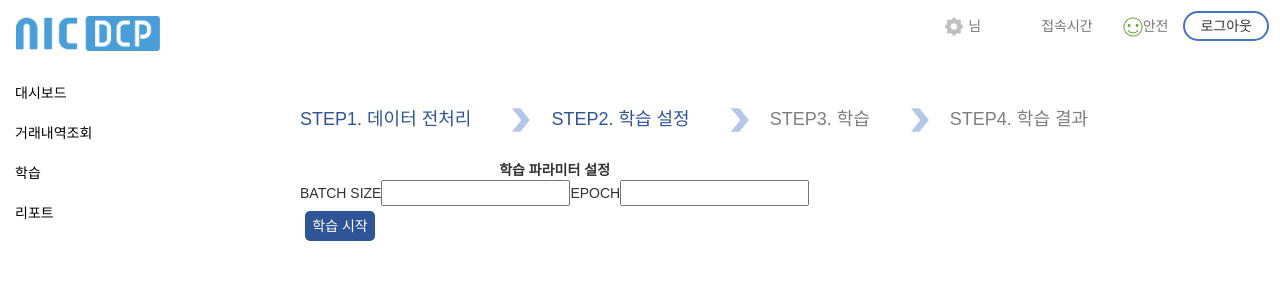
Repository: zzyeah0/project01
Page: http://localhost/nicdcp_frontend/step2.jsp
An editor plug-in stored every save of this project. The page is shown before and after the next save, followed by the edit.
The browser window is 1280 px wide. The pictures show the whole page.
Some web fonts or font styles are not loaded; a fallback is used. The page is served by Tomcat 9. Other server files are loaded and not shown. The template is opened directly, without the code that normally fills it, so the values that code supplies are empty.

Above is the page before, as saved 2021-05-25 02:40:21.

### nicdcp_frontend/src/main/webapp/step2.jsp
<%@ page language="java" contentType="text/html; charset=UTF-8"
    pageEncoding="UTF-8"%>
<!DOCTYPE html>
<html>
<head>
<meta charset="UTF-8">
<meta name="viewport" content="width=device-width", initial-scale="1">
<link rel="stylesheet" href="css/bootstrap.css">
<link rel="stylesheet" href="css/nicdcp.css">
<title>NICDCP</title>
</head>
<body>
	<jsp:include page="/header.jsp" />
	<div class="pages">
		<form action="<%=request.getContextPath() %>/step2.do" method="post">
			<table>
				<tr>
					<td><h4 class="text-blue">STEP1. 데이터 전처리</h4></td>
					<td><img src="./image/next.png" class="next-img" alt="" /></td>
					<td><h4 class="text-blue">STEP2. 학습 설정</h4></td>
					<td><img src="./image/next.png" class="next-img" alt="" /></td>
					<td><h4 class="text-grey">STEP3. 학습</h4></td>
					<td><img src="./image/next.png" class="next-img" alt="" /></td>
					<td><h4 class="text-grey">STEP4. 학습 결과</h4></td>
				</tr>
				<tr>
				<td><br /></td>
				</tr>
			</table>
			<table>
				<tr>
					<th colspan="4">학습 파라미터 설정</th>
				</tr>
				<tr>
					<td>BATCH SIZE</td>
					<td><input type="text" name="batchsize"/></td>
					<td>EPOCH</td>
					<td><input type="text" name="epoch" /></td>
				</tr>
			</table>
			<input type="submit" value="학습 시작" class="btn blue"/>
		</form>
	</div>
</body>
</html>

### nicdcp_frontend/src/main/webapp/header.jsp
<%@ page language="java" contentType="text/html; charset=UTF-8"
    pageEncoding="UTF-8"%>
<!DOCTYPE html>
<html>
<head>
<meta charset="UTF-8">
<meta name="viewport" content="width=device-width", initial-scale="1">
<link rel="stylesheet" href="css/bootstrap.css">
<link rel="stylesheet" href="css/nicdcp.css">
<title>Insert title here</title>
<script
  src="https://code.jquery.com/jquery-3.6.0.min.js"
  integrity="sha256-/xUj+3OJU5yExlq6GSYGSHk7tPXikynS7ogEvDej/m4="
  crossorigin="anonymous"></script>
</head>
<body>
	<nav class="navbar navbar-default">
		<div class="navbar-header">
			<button type="button" class="navbar-toggle collapsed" data-toggle="collapse" data-targe="#bs-example-navbar-collapse-1"	aria-expanded="false">
				<span class="icon-bar"></span>
				<span class="icon-bar"></span>
				<span class="icon-bar"></span>
			</button>
			<a class="navbar-brand" href="<%=request.getContextPath() %>/dashboard.do"><img class="logo" src="./image/NIC-DCP.png"/></a>
		</div>
		<div class="collapse navbar-collapse" id="bs-example-navbar-collapse-1">
			<ul class="nav navbar-nav navbar-right">
				<li><a href="password.jsp"><img src="./image/config.png" id="config-img" alt="" /> ${emp_name}님</a></li>
				<li><a>${emp_ip}</a></li>
				<li><a>접속시간</a></li>
				<li><a><img src="./image/safe.png" class="invasion-monitoring-img" alt="" />안전</a></li>
				<li><button id="logout-btn" onclick="location.href='logout.do'">로그아웃</button></li>
			</ul>
		</div>
	</nav>
	<div class="vertical-nav">
		<ul class="nav navbar-left">
			<li><a href="<%=request.getContextPath() %>/dashboard.do">대시보드</a></li>
			<li><a href="<%=request.getContextPath() %>/transaction.do">거래내역조회</a></li>
			<li><a href="<%=request.getContextPath() %>/learningList.do">학습</a></li>
			<li><a href="<%=request.getContextPath() %>/report.do">리포트</a></li>
		</ul>
	</div>
</body>
</html>

### nicdcp_frontend/src/main/webapp/css/nicdcp.css
@font-face {
	font-family: 'Noto Sans KR';
	font-style: normal;
	font-weight: 100;
	src: url(//fonts.gstatic.com/ea/notosanskr/v2/NotoSansKR-Thin.woff2) format('woff2'),url(//fonts.gstatic.com/ea/notosanskr/v2/NotoSansKR-Thin.woff) format('woff'),url(//fonts.gstatic.com/ea/notosanskr/v2/NotoSansKR-Thin.otf) format('opentype');
	}
@font-face {
	font-family: 'Noto Sans KR';
	font-style: normal;
	font-weight: 300;
	src: url(//fonts.gstatic.com/ea/notosanskr/v2/NotoSansKR-Light.woff2) format('woff2'),url(//fonts.gstatic.com/ea/notosanskr/v2/NotoSansKR-Light.woff) format('woff'),url(//fonts.gstatic.com/ea/notosanskr/v2/NotoSansKR-Light.otf) format('opentype');
	}
	@font-face {
	font-family: 'Noto Sans KR';
	font-style: normal;
	font-weight: 400;
	src: url(//fonts.gstatic.com/ea/notosanskr/v2/NotoSansKR-Regular.woff2) format('woff2'),url(//fonts.gstatic.com/ea/notosanskr/v2/NotoSansKR-Regular.woff) format('woff'),url(//fonts.gstatic.com/ea/notosanskr/v2/NotoSansKR-Regular.otf) format('opentype');
	}
	@font-face {
	font-family: 'Noto Sans KR';
	font-style: normal;
	font-weight: 500;
	src: url(//fonts.gstatic.com/ea/notosanskr/v2/NotoSansKR-Medium.woff2) format('woff2'),url(//fonts.gstatic.com/ea/notosanskr/v2/NotoSansKR-Medium.woff) format('woff'),url(//fonts.gstatic.com/ea/notosanskr/v2/NotoSansKR-Medium.otf) format('opentype');
	}
	@font-face {
	font-family: 'Noto Sans KR';
	font-style: normal;
	font-weight: 700;
	src: url(//fonts.gstatic.com/ea/notosanskr/v2/NotoSansKR-Bold.woff2) format('woff2'),url(//fonts.gstatic.com/ea/notosanskr/v2/NotoSansKR-Bold.woff) format('woff'),url(//fonts.gstatic.com/ea/notosanskr/v2/NotoSansKR-Bold.otf) format('opentype');
	}
	@font-face {
	font-family: 'Noto Sans KR';
	font-style: normal;
	font-weight: 900;
	src: url(//fonts.gstatic.com/ea/notosanskr/v2/NotoSansKR-Black.woff2) format('woff2'),url(//fonts.gstatic.com/ea/notosanskr/v2/NotoSansKR-Black.woff) format('woff'),url(//fonts.gstatic.com/ea/notosanskr/v2/NotoSansKR-Black.otf) format('opentype');
	}
	body, h1, h2, h3, h4, h5, h6, input, textarea, select {
	font-family: 'Noto Sans KR', sans-serif;
	}



/* 버튼 길이 */
.btn-long {
	width: 230px;
	height: 40px;
}

.container {
	width: 100%;
	height: 100vh;
	display: flex;
}

.loginBox{
	margin:auto;
	text-align: center;
}

#lostPwdTb {
	margin-top: -60%;
	width: 400px;
}

.loginLogo {
	max-width: 400px;
	min-width: 100px;
	padding-bottom: 100px;
	margin-top: -100px;
}

.step-bar {
	width: 29%;
	height: 5px;
	float: left;
	margin-left: 5px;
	border: none;
	margin-bottom: 40px;
}

.loginBox table {
	margin:auto;
}

.loginImg {
	width: 30px;
	margin: 2px;
}

.loginInput {
	background-color: #DAE3F3;
	border: 0px;
	width: 200px;
	height: 30px;
	padding: 5px;
	border-radius: 3px;
}

.title{
	font-size: 20px;
	font-weight: bold;
	text-align: left;
}

.vertical-nav{
	float:left;
	width: 200px;
	height: 100%;
}

.pages {
	position: absolute;
	left: 300px;
	top: 100px;
}

#performance {
	width: 200px;
	margin-bottom: 30px;
}

th{
	text-align: center;
}

.regi th{
	padding: 10px 10px;
}

.logo {
	height: 35px;
}

#config-img{
	width: 20px;
}

.invasion-monitoring-img{
	width: 20px;
}

#logout-btn {
	border-radius: 15px;
	border: 2px solid #4472C4;
	padding: 3px 15px;
	margin-top: 10px;
	margin-right: 10px;
	background-color: white;
}

.box{
	position: relative;
	margin: 10px;
	padding: 10px;
	background-color: #E2F0D9;
	border-radius: 10px;
}

.short {
	width: 180px;
	height: 100px;
}

.long {
	width: 250px;
	height: 80px;
}

.big {
	width: 250px;
	height: 125px;
}

.transp {
	background-color:white;
	border: solid 3px #2F528F;
	margin: 10px;
	padding: 10px;
	border-radius: 10px;
	max-height: 300px;
}

.transp table {
	width: 100%;
}

.transp th {
	text-align: left;
	padding: 0 10px;
}
.transp td {
	text-align: center;
}
.box img {
	width: 15px;
}

.box button {
	border: none;
	outline: none;
	background-color: transparent;
	position: absolute;
	top: 7px;
	right: 7px;
}

#more-btn{
	width: 20px;
}

#learning-btn{
	float: right;
	width: 100px;
}

.explainBox {
	border: solid 1px #D9D9D9;
	float: right;
	padding: 10px;
	margin-top: 50px;
	width: 50%;
}
.filter {
	background-color: #ADB9CA;
	padding: 10px;
}

.filter table{
	min-width: 800px;
	min-height: 100px;
}

.content table{
	min-width: 820px;
	margin-top: 20px;
}
.content table tr{
	height: 30px;
	text-align: center;
}

.d-tb table{
	min-width: 600px;
}

.d-tb tr{
	height: 30px;
	text-align: center;
}

.d-tb th{
	background-color: #D9D9D9;
}
.btn{
	border-radius: 5px;
	border: none;
	padding: 5px;
	margin: 5px;
	color: white;
	min-width: 70px;
}

.content th {
	background-color: #D9D9D9;
	text-align: center;
}

.content td a:link{
	color: black;
	text-decoration: none;
}

.content td a:hover{
	color: #4472C4;
	text-decoration: none;
}

.yesorno {
	width: 20px;
}

.align-left{
	text-align: left;
}

.align-center{
	text-align: center;
}

h4{
	text-align: left;
	margin-right: 20px;
}

a{
	color: black;
	text-decoration: none;
}
a:hover {
	color: black;
	text-decoration: none;
}

.text-blue {
	color: #2F5597;
}

.text-grey {
	color: #7F7F7F;
}

.next-img {
	width: 20px;
	margin: 0 20px;
}
.inline {
	display: inline-block;
}

.report-tb th {
	background-color: #D9D9D9;
	text-align: center;
}

/*background-color*/
.blue {
	background-color: #2F5597;
}

.liblue2 {
	background-color: #4472C4;
}

.liblue {
	background-color: #8FAADC;
}

.grey {
	background-color: #AFABAB;
}

.ligrey {
	background-color: #AFABAB;
}

.red {
	background-color: #FBE5D6;
}

.coral {
	background-color: #F4B183;
}

.yellow{
	background-color: #FFF2CC;
}

Loaded but not shown: nicdcp_frontend/src/main/webapp/css/bootstrap.css (library)

After the next save:
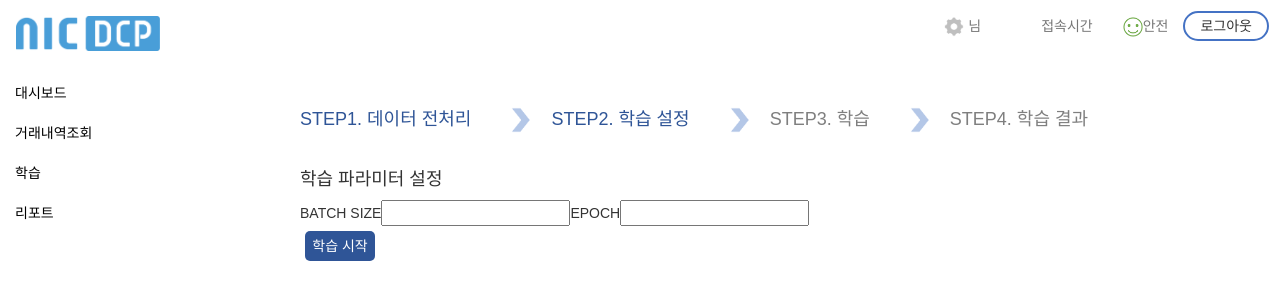
Saved 28 s later.
--- a/nicdcp_frontend/src/main/webapp/step2.jsp
+++ b/nicdcp_frontend/src/main/webapp/step2.jsp
@@ -29,7 +29,7 @@
 			</table>
 			<table>
 				<tr>
-					<th colspan="4">학습 파라미터 설정</th>
+					<td colspan="4"><h4>학습 파라미터 설정</h4></td>
 				</tr>
 				<tr>
 					<td>BATCH SIZE</td>
